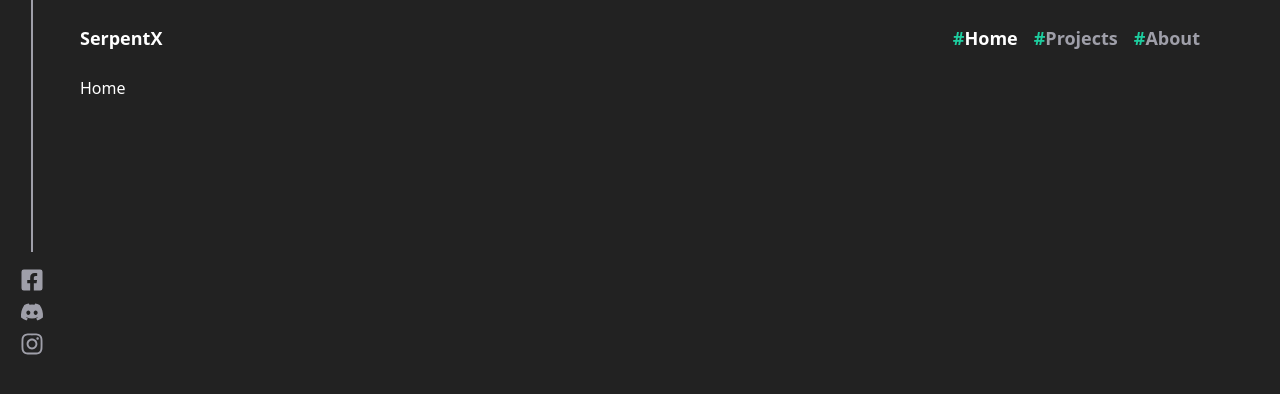
Repository: SERPENTX03/Portfolio-Tutorial
Page: /
These files come from the project's save history. The page is drawn as it stood at one moment and after a run of saves; the edit follows.
The browser window is 1280 px wide. The pictures show the whole page.
The project was rebuilt for these pictures with package versions that can differ from the ones it lists, and the page was loaded fresh each time. The framework's server and built-in components were replaced by stand-ins that run in the browser. Also part of the build but not shown: next.config.ts.

Above is the page before, as saved 2025-04-19 20:18:02.

After the next 2 saves:
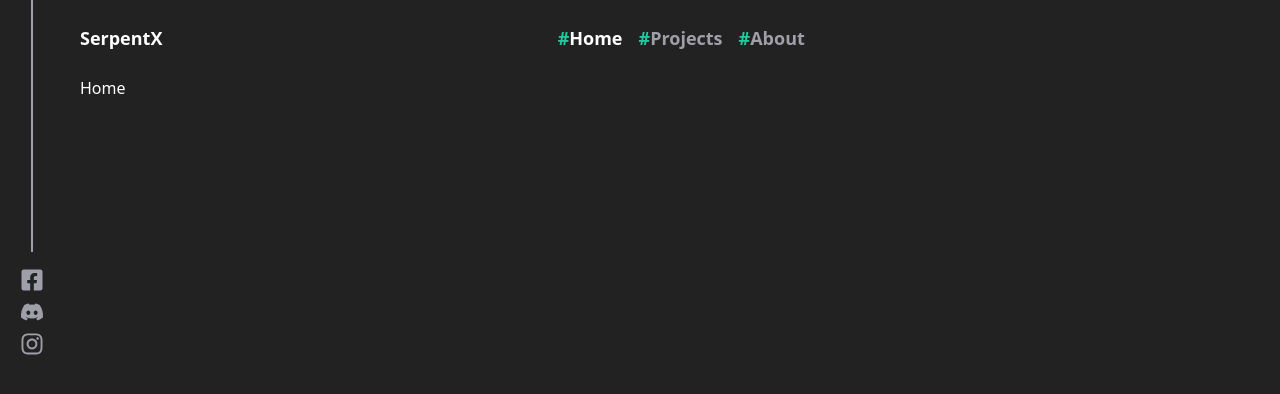
The 2 saves are shown as one change because they came seconds apart.
The last was saved 12 s later.
--- a/components/nav/MenuHamburger.tsx
+++ b/components/nav/MenuHamburger.tsx
@@ -16,7 +16,7 @@
         className="cursor-pointer block md:hidden"
         onClick={handleOpen}
       />
-      <ul className="block md:hidden">
+      <ul>
         {isOpen && (
           <div className="absolute top-0 left-0 w-full h-full bg-black"></div>
         )}

After the save that followed:
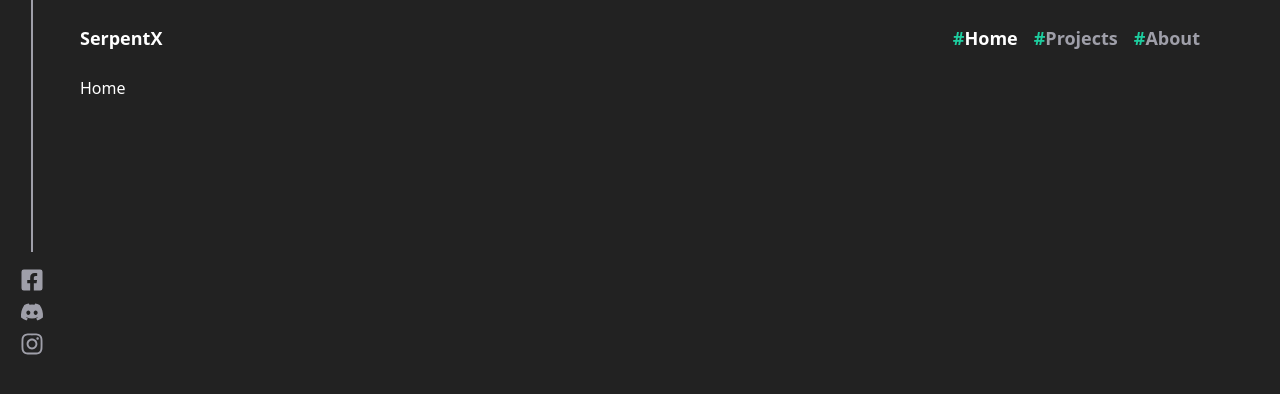
Saved 14 s later.
--- a/components/nav/MenuHamburger.tsx
+++ b/components/nav/MenuHamburger.tsx
@@ -16,7 +16,7 @@
         className="cursor-pointer block md:hidden"
         onClick={handleOpen}
       />
-      <ul>
+      <ul className="hidden">
         {isOpen && (
           <div className="absolute top-0 left-0 w-full h-full bg-black"></div>
         )}
